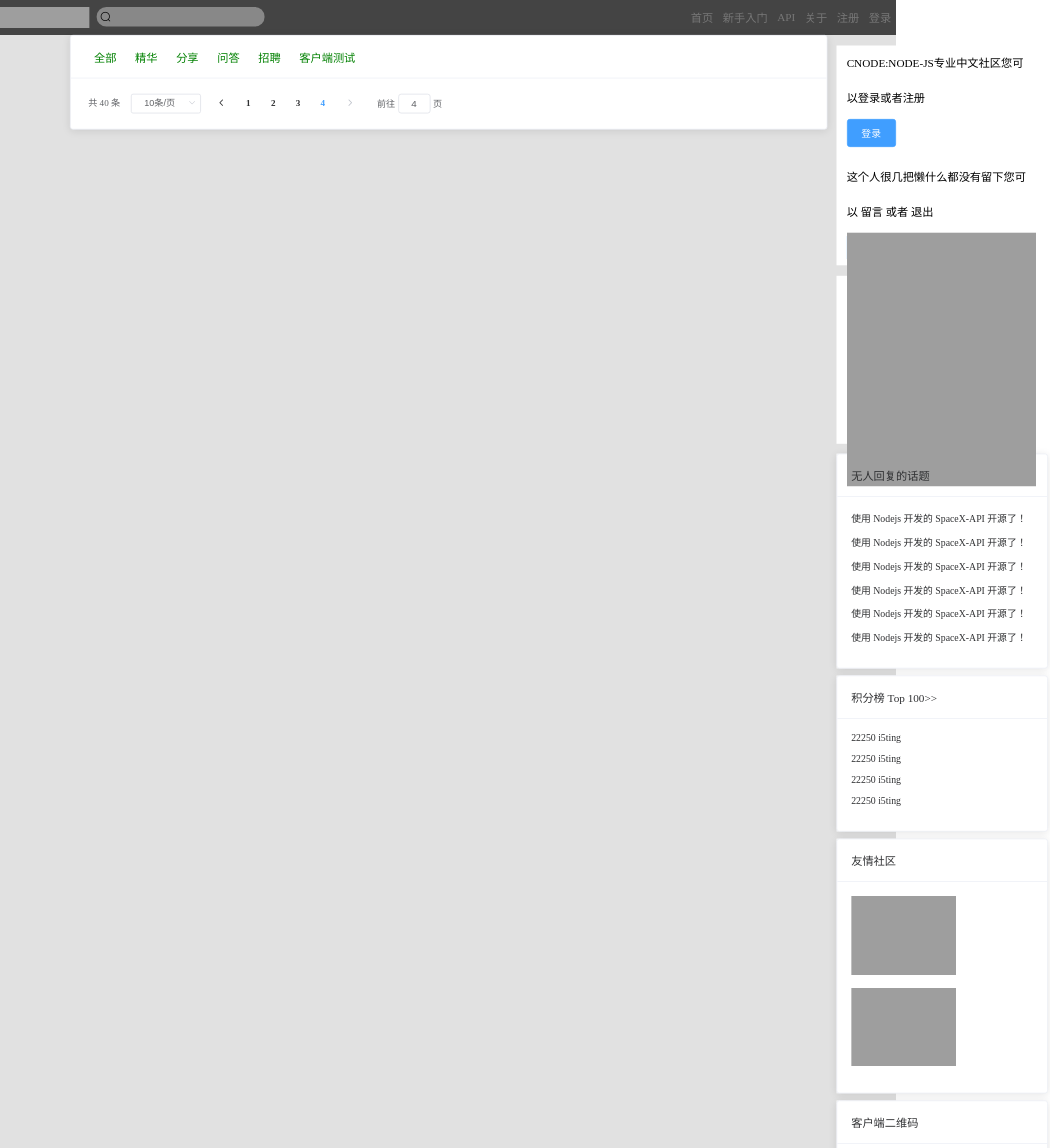
Repository: jinggegeZ/cnode
Page: /
The author's editor kept a copy of each file at every save. The page is drawn from the files as they stood at one save, then again after the next save.
The browser window is 1280 px wide. The page is 1500 px wide, so the pictures cover 1500 px, including what lies to the right of the window. The pictures show the part of the page from y = 0 to 1640 px (the page is 2329 px tall), at 70% of full size.
Pictures or frames that could not be fetched are drawn as grey boxes. The page's requests for data from a server got no answer. The project was rebuilt for these pictures with package versions that can differ from the ones it lists, and the page was loaded fresh each time. No one was signed in, and anything a server would have sent is missing.

Above is the page before, as saved 2020-06-06 16:45:16.

After the next save:
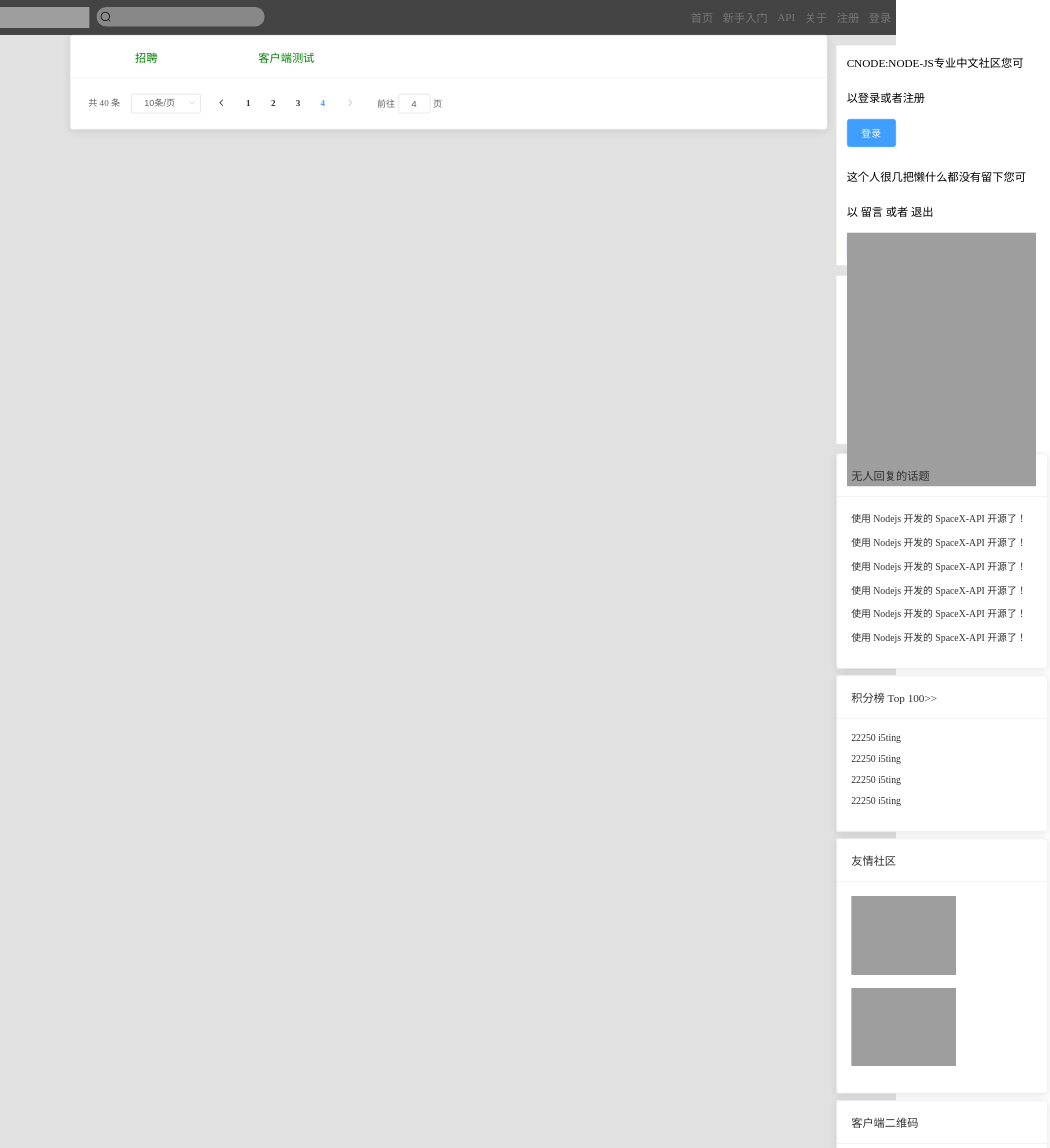
Saved 8 min 40 s later.
--- a/src/views/Home.vue
+++ b/src/views/Home.vue
@@ -8,10 +8,12 @@
     <el-card class="box-card">
     <div slot="header" class="clearfix">
     <div class="head">
-      <div @click="click"><a href="/">全部</a></div>
-      <div @click="click"><a href="">精华</a></div>
-      <div @click="click"><a href="">分享</a></div>
-      <div @click="click"><a href="">问答</a></div>
+      <div v-for="(item,index) in arr" :key="index">
+          <div>全部</div>
+          <div>精品</div>
+          <div>分类</div>
+          <div></div>
+      </div>
       <div @click="click"><a href="">招聘</a></div>
       <div @click="click"><a href="">客户端测试</a></div>
     </div>
